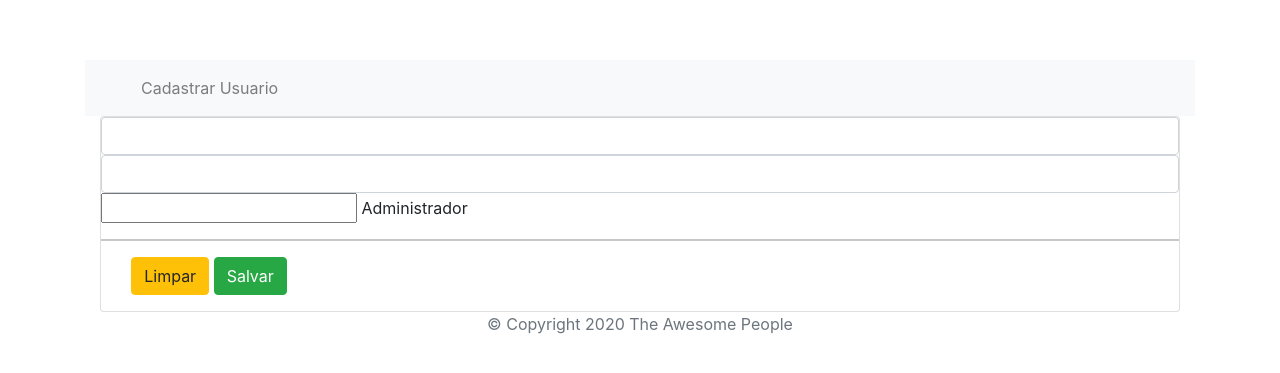
Repository: ClaytonEduard/cartaodeponto
Page: http://localhost/
These files come from the project's save history. The page is drawn as it stood at one moment and after a run of saves; the edit follows.
The browser window is 1280 px wide. The pictures show the whole page.
Some web libraries are served in a nearby version. The page is served by the project's Node server (app.js).

Above is the page before, as saved 2022-04-11 17:39:53.

After the next 2 saves:
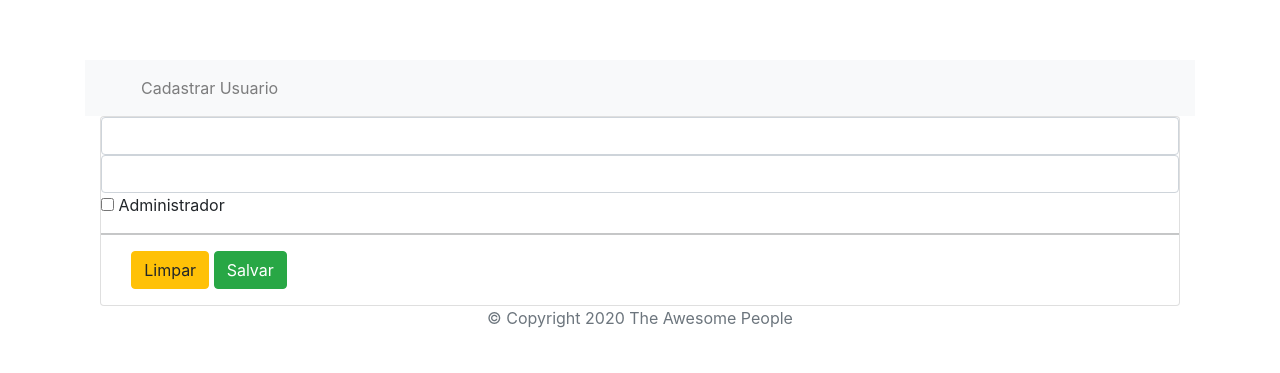
The 2 saves are shown as one change because they came seconds apart.
The last was saved 82 s later.
--- a/views/cadusuario.ejs
+++ b/views/cadusuario.ejs
@@ -19,9 +19,9 @@
         <div class="card">
             <form action="/" method="POST">
                 <input type="text" class="form-control" id="matricula " name="matricula " />
-                <input type="password " class="form-control" id="senha " name="senha " />
+                <input type="password" class="form-control" id="senha " name="senha " />
 
-                <input type="checkbox " id="eAdmin " name="eAdmin " />
+                <input type="checkbox" id="eAdmin " name="eAdmin " />
                 <label class="form-check-label" for="eAdmin ">Administrador</label>
 
                 <hr />
